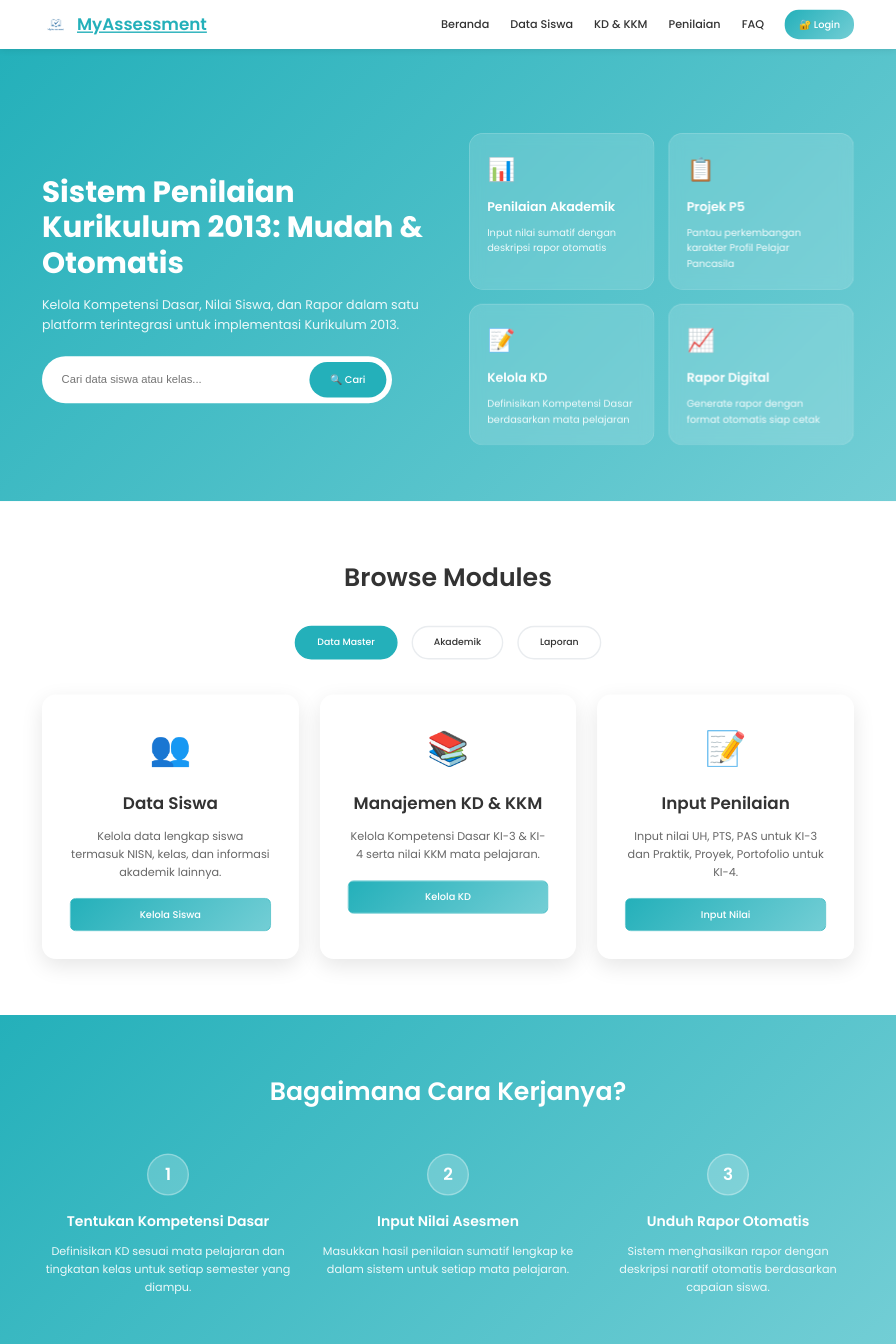
Repository: Ws529/MyAssassment_Final
Page: MyAssessment/index.html
An editor plug-in stored every save of this project. The page is shown before and after the next save, followed by the edit.
The browser window is 1280 px wide. The pictures show the part of the page from y = 0 to 1920 px (the page is 3100 px tall), at 70% of full size.

Above is the page before, as saved 2026-01-01 14:53:12.

After the next save:
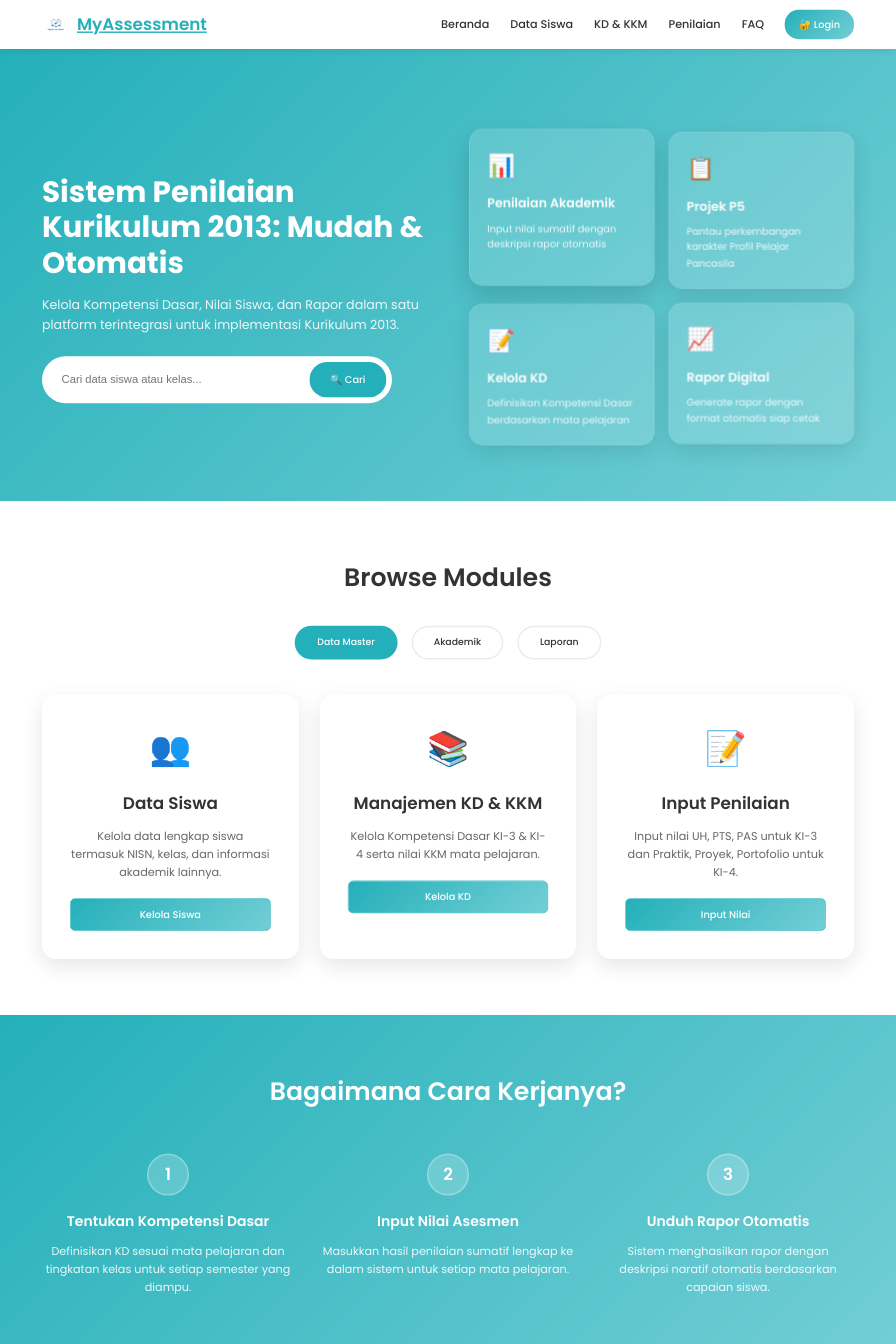
Saved 17 min 27 s later.
--- a/MyAssessment/index.html
+++ b/MyAssessment/index.html
@@ -31,8 +31,29 @@
         .search-box button { background: #24b0ba; color: white; border: none; padding: 15px 30px; border-radius: 50px; font-weight: 500; cursor: pointer; }
 
         .hero-features { display: grid; grid-template-columns: 1fr 1fr; gap: 20px; }
-        .feature-card { background: rgba(255,255,255,0.15); padding: 25px; border-radius: 20px; backdrop-filter: blur(10px); border: 1px solid rgba(255,255,255,0.2); transition: transform 0.3s; }
-        .feature-card:hover { transform: translateY(-5px); }
+        .feature-card {
+            background: rgba(255,255,255,0.15);
+            padding: 25px;
+            border-radius: 20px;
+            backdrop-filter: blur(10px);
+            border: 1px solid rgba(255,255,255,0.2);
+            transition: all 0.3s ease;
+            animation: float 4s ease-in-out infinite;
+        }
+        .feature-card:nth-child(1) { animation-delay: 0s; }
+        .feature-card:nth-child(2) { animation-delay: 0.5s; }
+        .feature-card:nth-child(3) { animation-delay: 1s; }
+        .feature-card:nth-child(4) { animation-delay: 1.5s; }
+        @keyframes float {
+            0%, 100% { transform: translateY(0px); box-shadow: 0 10px 30px rgba(0,0,0,0.1); }
+            50% { transform: translateY(-12px); box-shadow: 0 20px 40px rgba(0,0,0,0.2); }
+        }
+        .feature-card:hover {
+            transform: translateY(-15px) scale(1.02);
+            box-shadow: 0 25px 50px rgba(0,0,0,0.25);
+            background: rgba(255,255,255,0.25);
+            animation-play-state: paused;
+        }
         .feature-icon { font-size: 32px; margin-bottom: 15px; }
         .feature-card h3 { font-size: 18px; font-weight: 600; margin-bottom: 10px; }
         .feature-card p { font-size: 14px; opacity: 0.9; }
